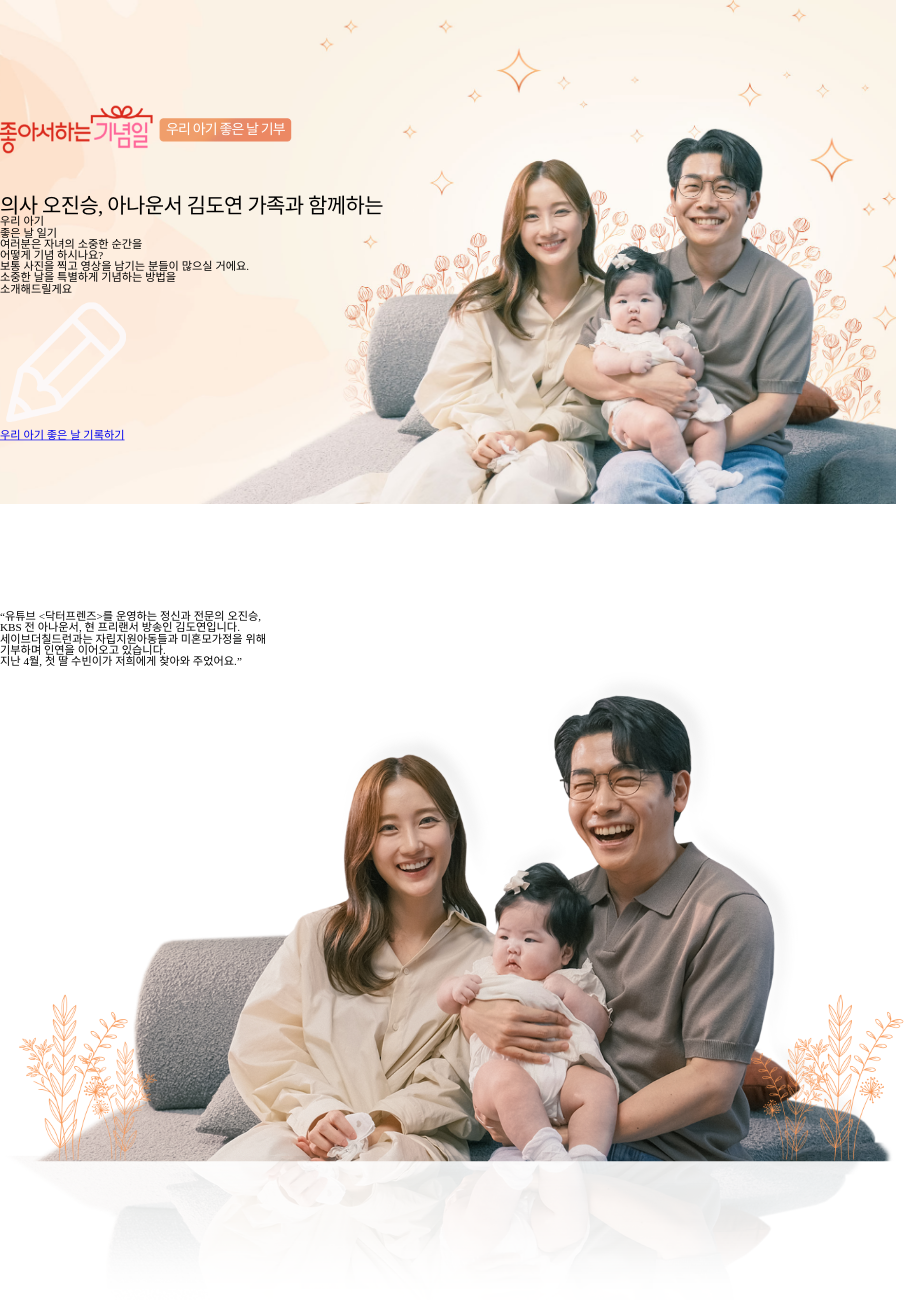
Repository: dlgywls1130/saveTheChildren
Page: index.html
These files come from the project's save history. The page is drawn as it stood at one moment and after the next save; the edit follows.
The browser window is 1280 px wide. The page is 1293 px wide, so the pictures cover 1293 px, including what lies to the right of the window. The pictures show the part of the page from y = 0 to 1880 px (the page is 9315 px tall), at 70% of full size.
The style sheet was rebuilt from its Sass, Less or Tailwind sources for each picture, by a compiler version that may differ from the author's.

Above is the page before, as saved 2024-11-01 19:20:59.

After the next save:
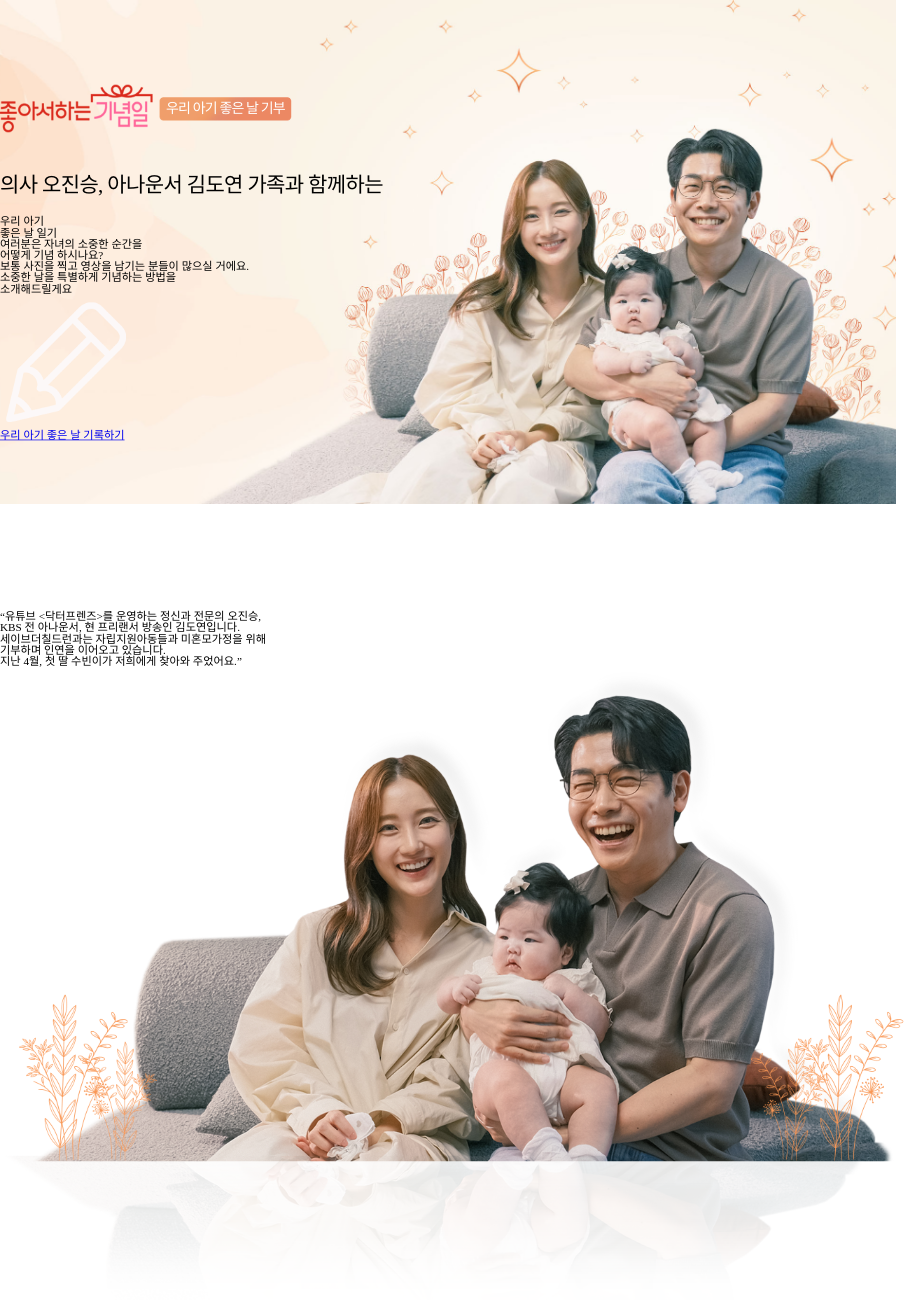
Saved 6 s later.
--- a/index.html
+++ b/index.html
@@ -17,7 +17,7 @@
                 <p>우리 아기 좋은 날 기부</p>
             </div>
 
-            <p class="sub_title">
+            <p class="sub_title mb-30">
                 의사 오진승, 아나운서 김도연 가족과 함께하는
             </p>
 
